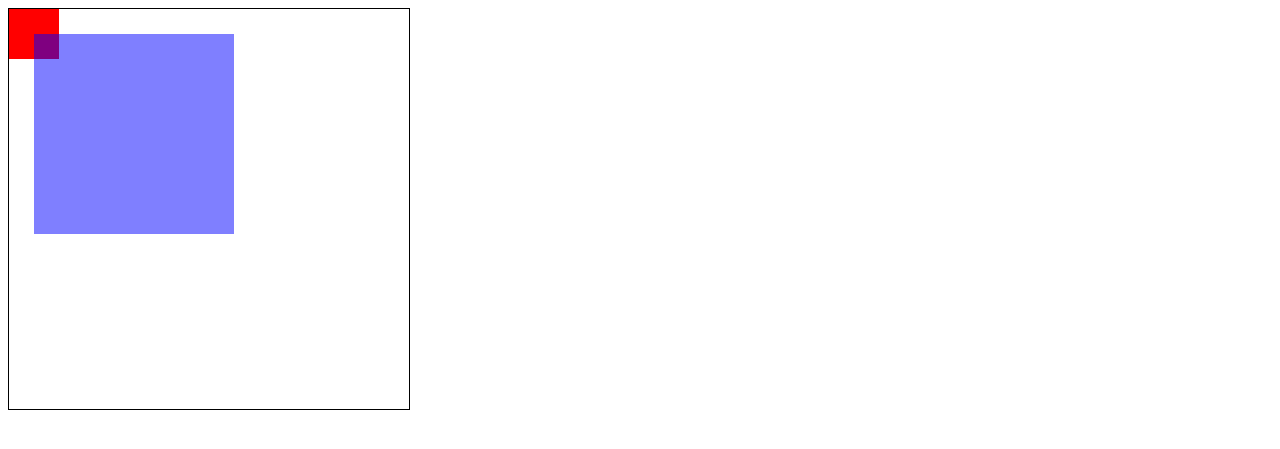
Repository: Jhin7782/HBuilder-Projects
Page: 【JS高程3】/15`使用Canvas绘图/15.2 2D上下文/15.2.2 绘制矩形/index.html
These files come from the project's save history. The page is drawn as it stood at one moment and after the next save; the edit follows.
The browser window is 1280 px wide. The pictures show the whole page.

Above is the page before, as saved 2017-06-09 06:05:51.

After the next save:
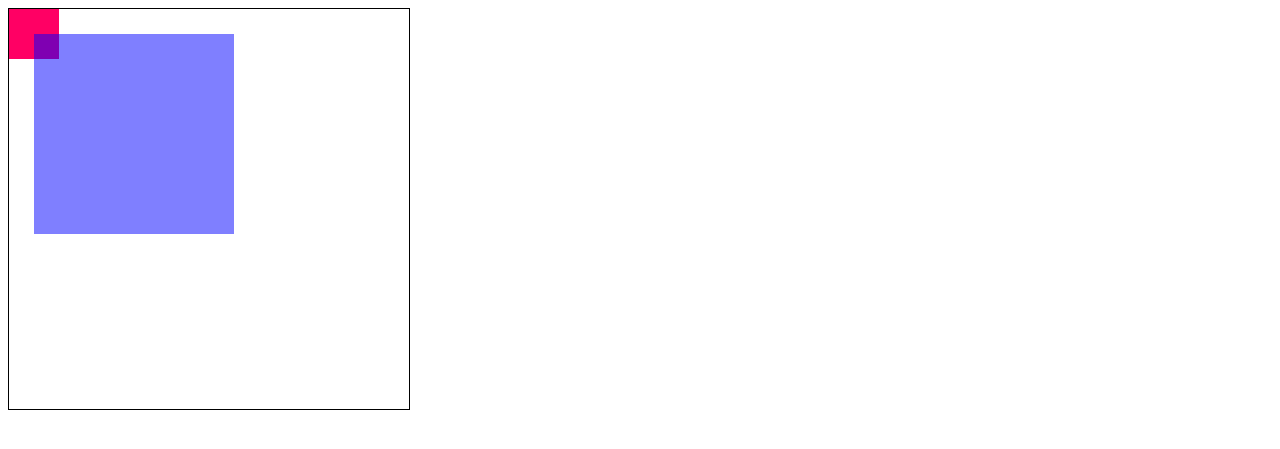
Saved 4 s later.
--- a/【JS高程3】/15`使用Canvas绘图/15.2 2D上下文/15.2.2 绘制矩形/index.html
+++ b/【JS高程3】/15`使用Canvas绘图/15.2 2D上下文/15.2.2 绘制矩形/index.html
@@ -16,7 +16,7 @@
 			var drawing = document.getElementById("drawing");
 			if (drawing.getContext) {
 				var context = drawing.getContext("2d");
-				context.fillStyle = "rgba(255, 0, 0, 1)";
+				context.fillStyle = "rgba(255, 0, 100, 1)";
 				context.fillRect(0, 0, 50, 50);
 				context.fillStyle = "rgba(0, 0, 255, 0.5)";
 				context.fillRect(25, 25, 200, 200);

After the 2 saves that followed:
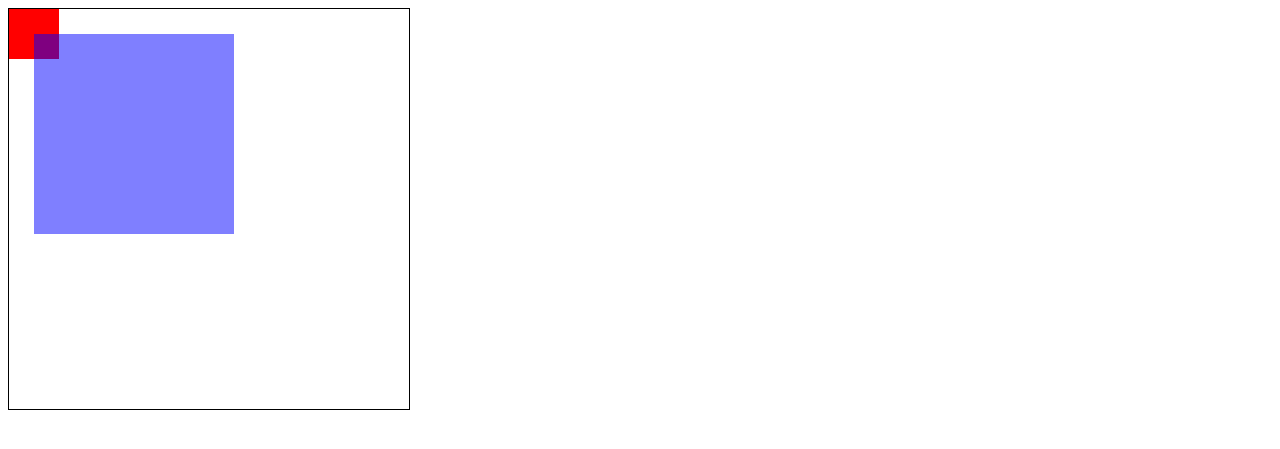
The 2 saves are shown as one change because they came seconds apart.
The last was saved 8 s later.
--- a/【JS高程3】/15`使用Canvas绘图/15.2 2D上下文/15.2.2 绘制矩形/index.html
+++ b/【JS高程3】/15`使用Canvas绘图/15.2 2D上下文/15.2.2 绘制矩形/index.html
@@ -16,7 +16,7 @@
 			var drawing = document.getElementById("drawing");
 			if (drawing.getContext) {
 				var context = drawing.getContext("2d");
-				context.fillStyle = "rgba(255, 0, 100, 1)";
+				context.fillStyle = "rgba(255, 0, 0, 1)";
 				context.fillRect(0, 0, 50, 50);
 				context.fillStyle = "rgba(0, 0, 255, 0.5)";
 				context.fillRect(25, 25, 200, 200);
